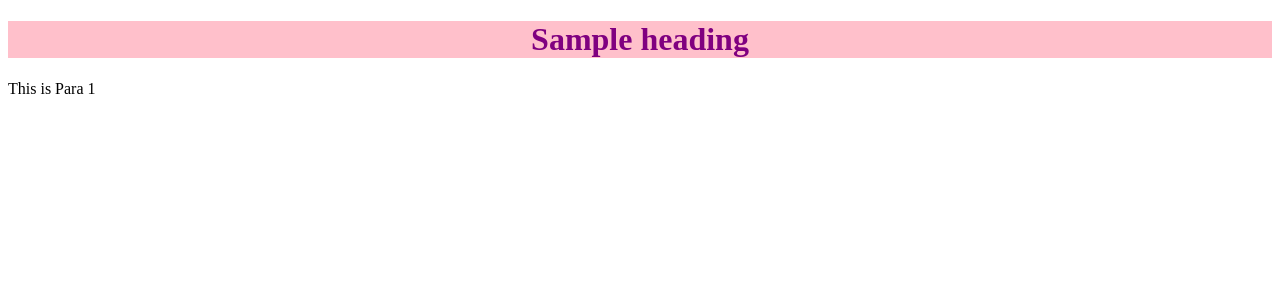
Repository: jbn-aman/wiprobatch1
Page: project/work/html/mywebapp/public/pages/cssdemo/backgrounddemo.html
These files come from the project's save history. The page is drawn as it stood at one moment and after the next save; the edit follows.
The browser window is 1280 px wide. The pictures show the whole page.

Above is the page before, as saved 2024-04-01 12:55:46.

After the next save:
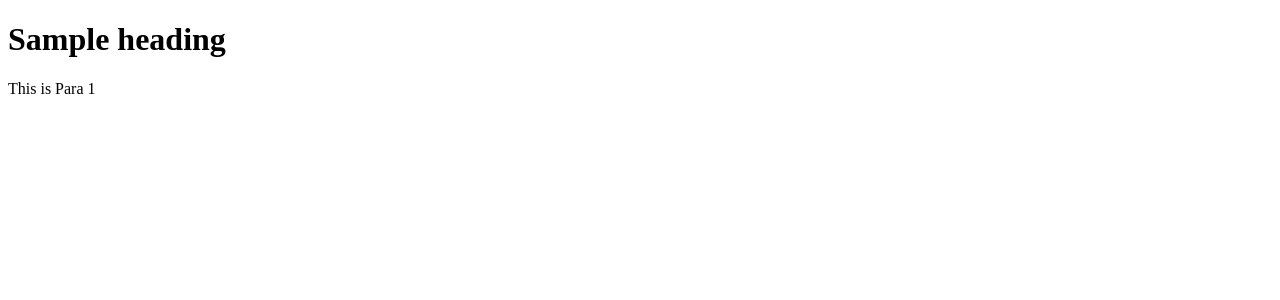
Saved 2 min 38 s later.
--- a/project/work/html/mywebapp/public/pages/cssdemo/backgrounddemo.html
+++ b/project/work/html/mywebapp/public/pages/cssdemo/backgrounddemo.html
@@ -3,10 +3,17 @@
 <head>
 <meta charset="ISO-8859-1">
 <title>Background demo</title>
+
+<style>
+body {
+      color:"purple";
+	}
+</style>
+
 </head>
 <body>
 
-	<h1 style="background-color:pink;color:purple;text-align:center;">Sample heading</h1>
+	<h1>Sample heading</h1>
 
 	<p>This is Para 1</p>
 
